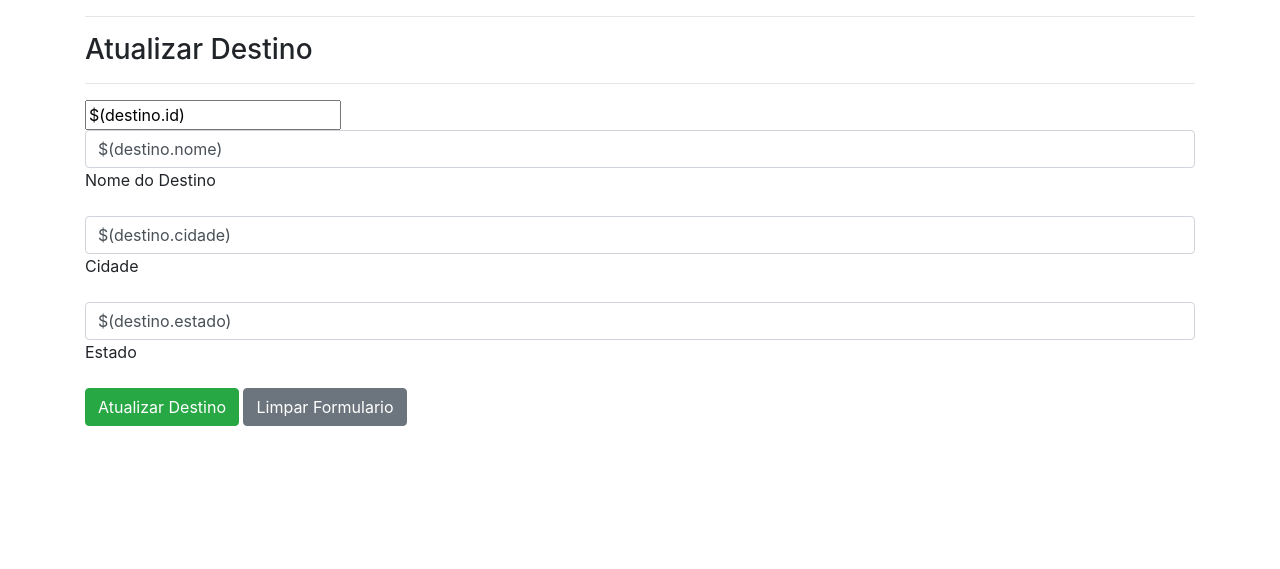
Repository: SolanoBarcelos/AtvPratMod4
Page: http://localhost/AtvPratMod4/formUpdate.jsp
An editor plug-in stored every save of this project. The page is shown before and after the next save, followed by the edit.
The browser window is 1280 px wide. The pictures show the whole page.
The page is served by Tomcat 9. Other server files are loaded and not shown.

Above is the page before, as saved 2022-02-14 21:00:37.

### CrudJAVA/AtvPratMod4/src/main/webapp/formUpdate.jsp
<%@ page language="java" contentType="text/html; charset=ISO-8859-1"
    pageEncoding="ISO-8859-1"%>
<%@ taglib uri="http://java.sun.com/jsp/jstl/core" prefix="c" %>
<!DOCTYPE html>
<html>
<head>
<meta charset="ISO-8859-1">
<title>Atualizar Destino</title>
<link rel="stylesheet" href="https://stackpath.bootstrapcdn.com/bootstrap/4.1.3/css/bootstrap.min.css" integrity="sha384-MCw98/SFnGE8fJT3GXwEOngsV7Zt27NXFoaoApmYm81iuXoPkFOJwJ8ERdknLPMO" crossorigin="anonymous">
<script src="https://code.jquery.com/jquery-3.3.1.slim.min.js" integrity="sha384-q8i/X+965DzO0rT7abK41JStQIAqVgRVzpbzo5smXKp4YfRvH+8abtTE1Pi6jizo" crossorigin="anonymous"></script>
<script src="https://cdnjs.cloudflare.com/ajax/libs/popper.js/1.14.3/umd/popper.min.js" integrity="sha384-ZMP7rVo3mIykV+2+9J3UJ46jBk0WLaUAdn689aCwoqbBJiSnjAK/l8WvCWPIPm49" crossorigin="anonymous"></script>
<script src="https://stackpath.bootstrapcdn.com/bootstrap/4.1.3/js/bootstrap.min.js" integrity="sha384-ChfqqxuZUCnJSK3+MXmPNIyE6ZbWh2IMqE241rYiqJxyMiZ6OW/JmZQ5stwEULTy" crossorigin="anonymous"></script>

</head>
<body>

<div class="container">
<div class="row">
</div class="Cold-md-7">
<hr>

<h3>Atualizar Destino</h3>

<hr>

<form action="DestinoUpdate" method="POST">

					<input value="$(destino.id)" name="id">
					<div class="form-floating mb-3">

						<input value="$(destino.nome)" name="nome" maxlength="40" type="text" class="form-control" id="floatingInput1">
						<label>Nome do Destino</label>
					</div>

					<div class="form-floating mb-3">
						<input value="$(destino.cidade)" name="cidade" maxlength="30" type="text" class="form-control">
						<label>Cidade</label>
					</div>

					<div class="form-floating mb-3">
						<input value="$(destino.estado)" name="estado" maxlength="30" type="text" class="form-control">
						<label>Estado</label>
					</div>

					<button class="btn btn-success" type="submit">Atualizar
						Destino</button>
					<button class="btn btn-secondary" type="reset">Limpar
						Formulario</button>
</form>

</div>

</body>
</html>

After the next save:
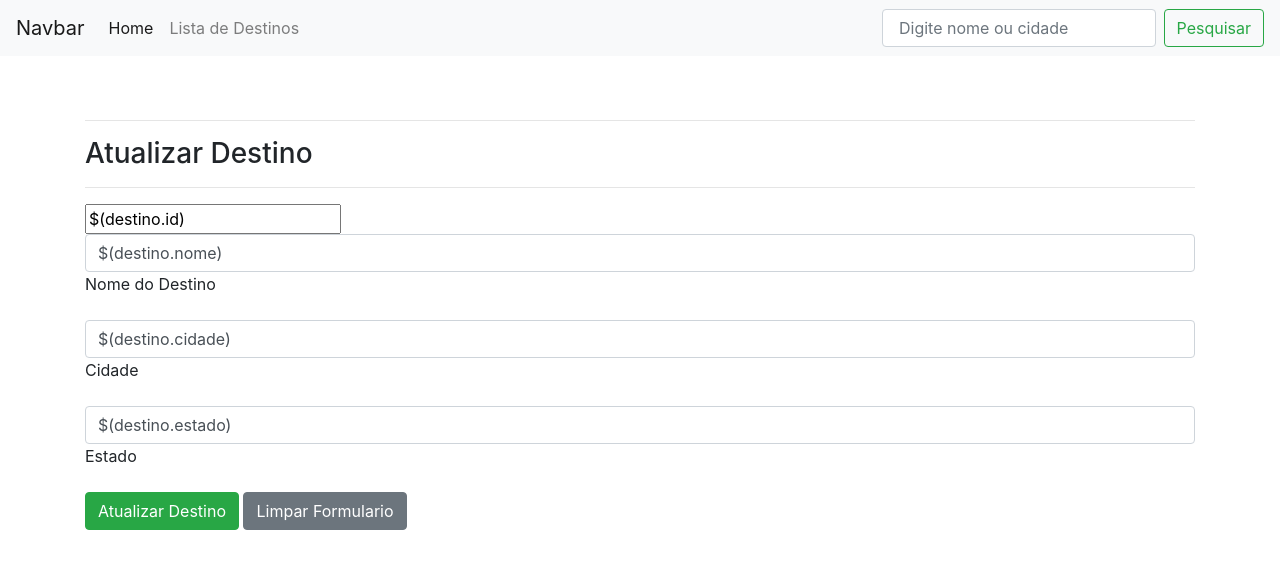
Saved 31 min 29 s later.
--- a/CrudJAVA/AtvPratMod4/src/main/webapp/formUpdate.jsp
+++ b/CrudJAVA/AtvPratMod4/src/main/webapp/formUpdate.jsp
@@ -14,6 +14,31 @@
 </head>
 <body>
 
+<nav class="navbar navbar-expand-lg navbar-light bg-light">
+  <a class="navbar-brand" href="#">Navbar</a>
+  <button class="navbar-toggler" type="button" data-toggle="collapse" data-target="#conteudoNavbarSuportado" aria-controls="conteudoNavbarSuportado" aria-expanded="false" aria-label="Alterna navegação">
+    <span class="navbar-toggler-icon"></span>
+  </button>
+
+  <div class="collapse navbar-collapse" id="conteudoNavbarSuportado">
+    <ul class="navbar-nav mr-auto">
+      <li class="nav-item active">
+        <a class="nav-link" href="index.html">Home <span class="sr-only">(página atual)</span></a>
+      </li>
+      <li class="nav-item">
+        <a class="nav-link" href="DestinoCreateAndSFind">Lista de Destinos</a>
+      </li>
+    </ul>
+    <form action="DestinoCreateAndSFind" method="GET" class="form-inline my-2 my-lg-0">
+      <input name="pesquisa" class="form-control mr-sm-2" type="search" placeholder=" Digite nome ou cidade" aria-label="Pesquisar">
+      <button class="btn btn-outline-success my-2 my-sm-0" type="submit">Pesquisar</button>
+    </form>
+  </div>
+</nav>
+
+<br>
+<br>
+
 <div class="container">
 <div class="row">
 </div class="Cold-md-7">
@@ -25,7 +50,7 @@
 
 <form action="DestinoUpdate" method="POST">
 
-					<input value="$(destino.id)" name="id">
+					<input value="$(destino.id)" name="id" style="visibility:hiddem">
 					<div class="form-floating mb-3">
 
 						<input value="$(destino.nome)" name="nome" maxlength="40" type="text" class="form-control" id="floatingInput1">
